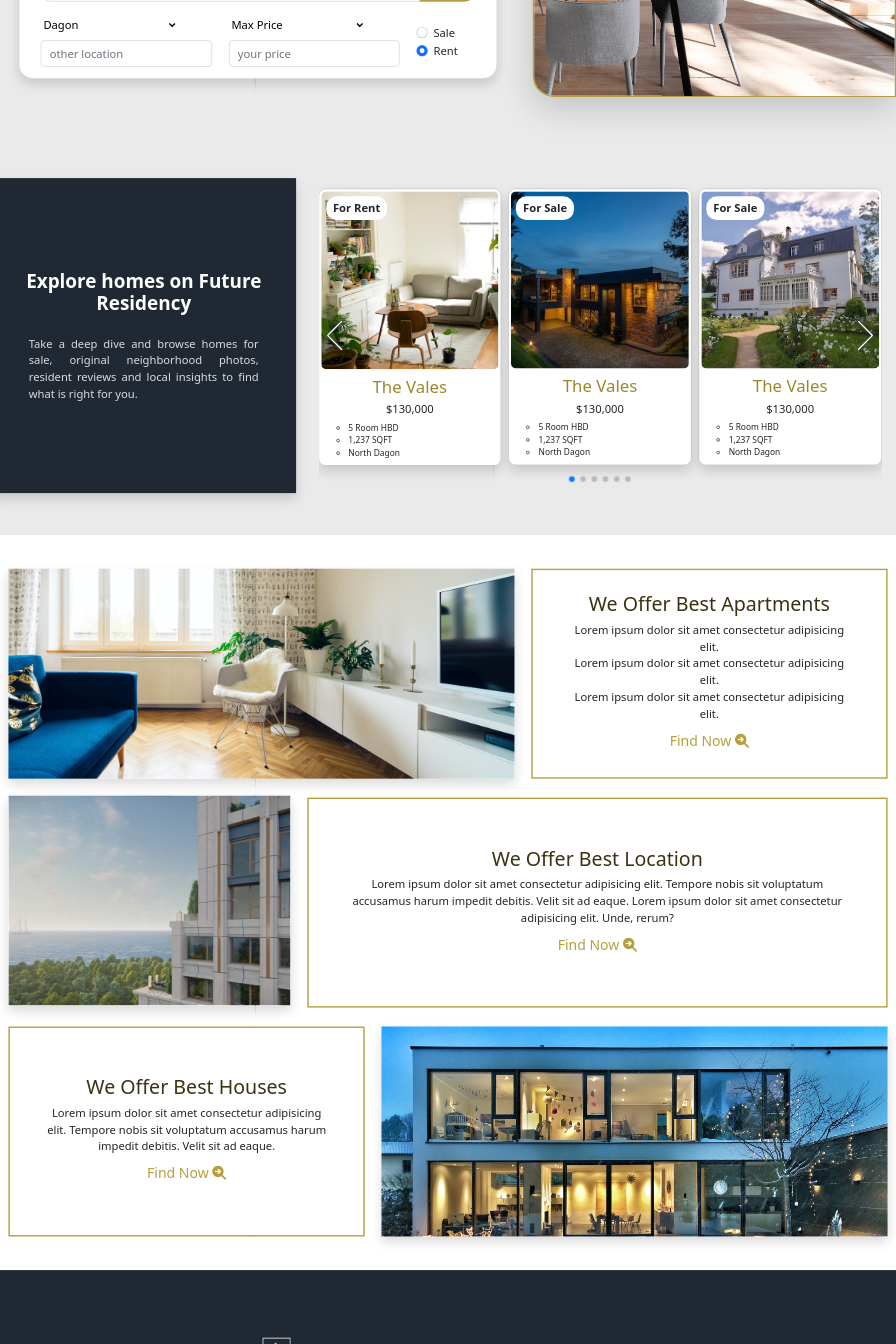
Repository: pyaestk/Future-residency
Page: index.html
The author's editor kept a copy of each file at every save. The page is drawn from the files as they stood at one save, then again after the next save.
The browser window is 1280 px wide. The pictures show the part of the page from y = 508 to 2428 px (the page is 2765 px tall), at 70% of full size.
Pictures or frames that could not be fetched are drawn as grey boxes.

Above is the page before, as saved 2022-12-06 21:43:52.

After the next save:
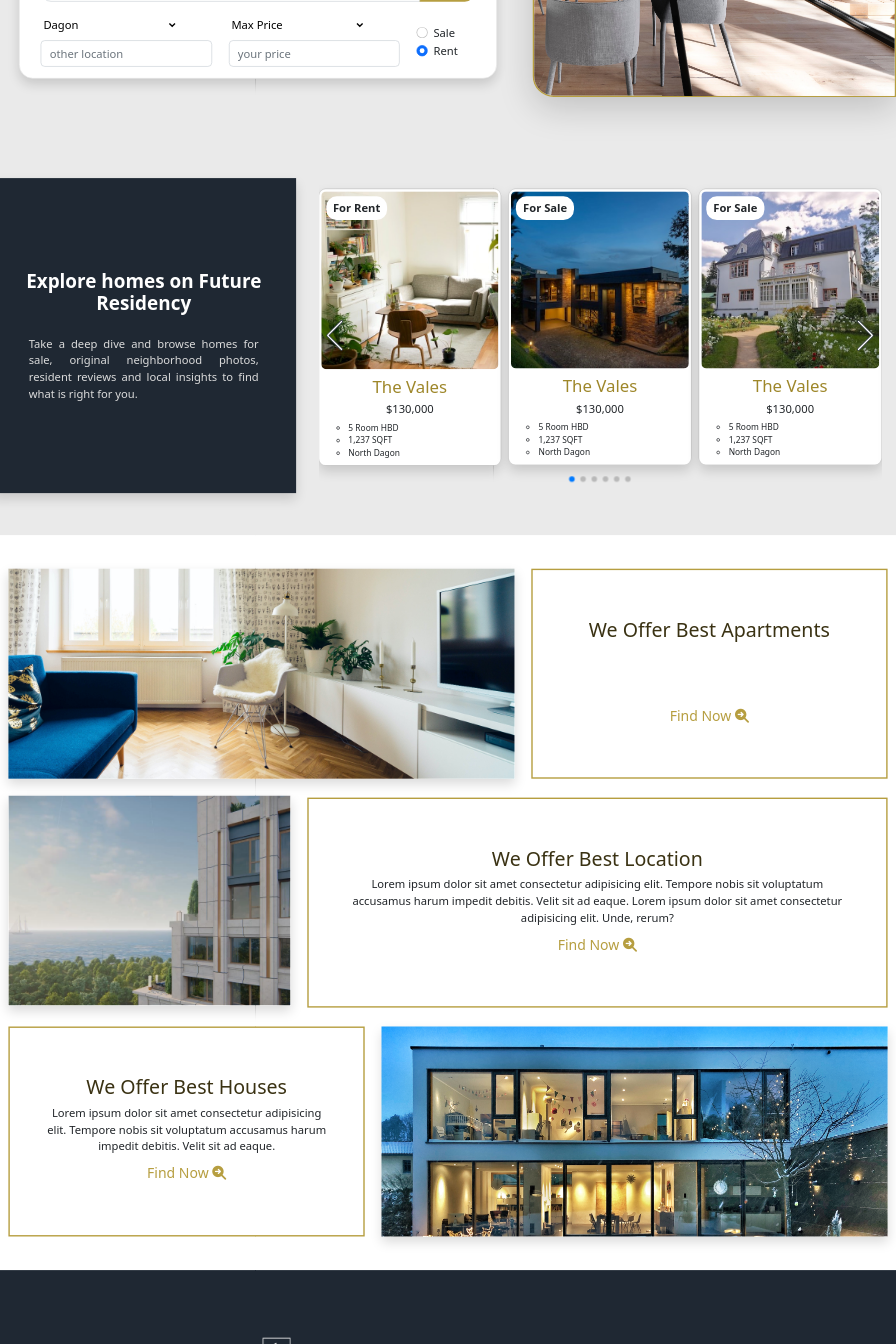
Saved 39 s later.
--- a/index.html
+++ b/index.html
@@ -373,9 +373,10 @@
       <div class=" col-md-5 d-flex flex-column justify-content-center">
         <div class="pic1-caption d-flex flex-column justify-content-center px-5 align-items-center">
           <h3>We Offer Best Apartments</h3>
-          <span style="--delay: 0s;">Lorem ipsum dolor sit amet consectetur adipisicing elit.</span>
-          <span style="--delay: .3s;">Lorem ipsum dolor sit amet consectetur adipisicing elit.</span>
-          <span style="--delay: .5s;">Lorem ipsum dolor sit amet consectetur adipisicing elit.</span>
+          <span>Lorem ipsum dolor sit amet consectetur adipisicing elit.
+             Tempore nobis sit voluptatum accusamus harum impedit debitis.
+             Velit sit ad eaque.
+          </span>
           <h6>Find Now <i class="fa-solid fa-magnifying-glass-arrow-right"></i></h6>
         </div>
       </div>
